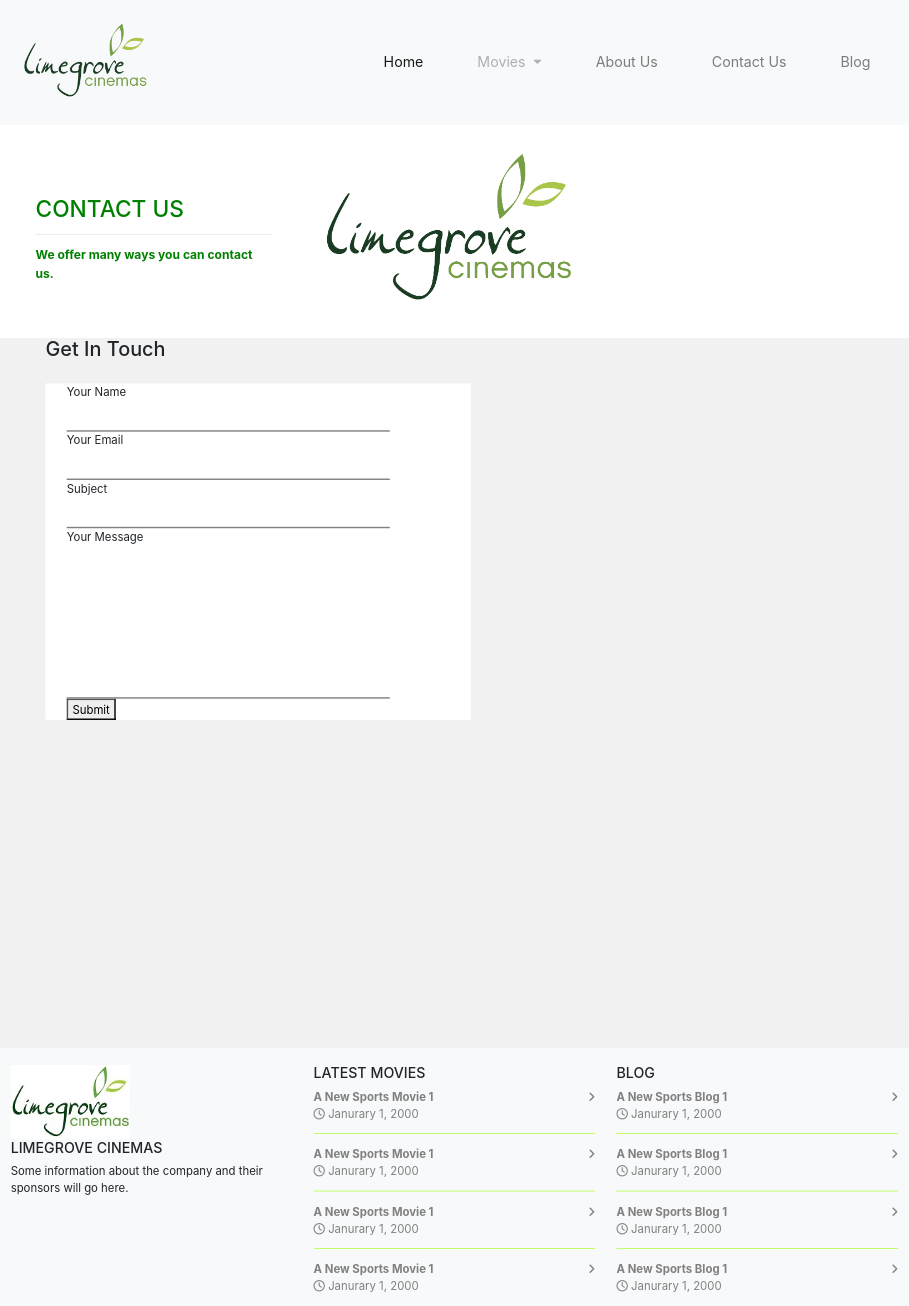
Repository: SimplyZacc/movie-web-template
Page: http://localhost/contactus.php
The author's editor kept a copy of each file at every save. The page is drawn from the files as they stood at one save, then again after the next save.
The browser window is 1280 px wide. The pictures show the whole page, at 71% of full size.
Some web libraries are served in a nearby version. The page is run by PHP 8.4 with error messages shown; the project is at /var/www/html/.

Above is the page before, as saved 2020-03-28 19:24:09.

After the next save:
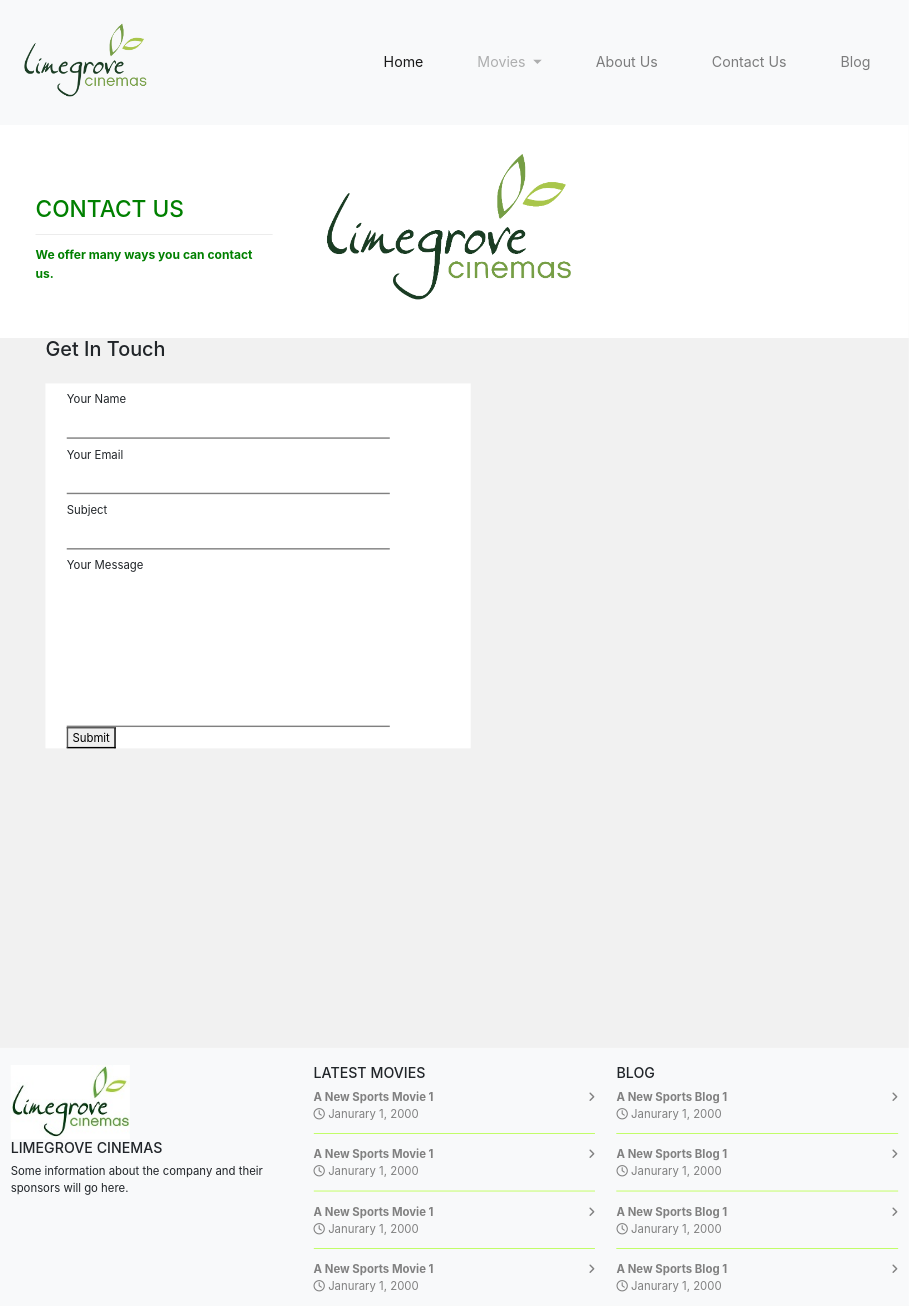
Saved 21 s later.
--- a/assets/css/styles.css
+++ b/assets/css/styles.css
@@ -76,6 +76,14 @@
     padding-left: 30px;
 }
 
+.contact-form-text{
+    padding-top: 10px;
+}
+
+.contact-form-button{
+    padding-top: 10px;
+}
+
 .contact-form-input{
     width: 80%;
     border: none;
